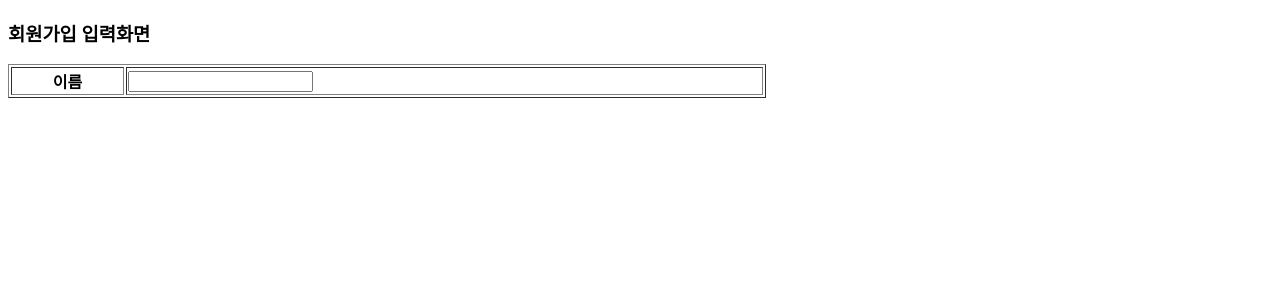
Repository: KeekeunTae/TeamC
Page: Study_Web/workspace/01.FirstProject/WebContent/memberJoinForm.html
An editor plug-in stored every save of this project. The page is shown before and after the next save, followed by the edit.
The browser window is 1280 px wide. The pictures show the whole page.

Above is the page before, as saved 2021-11-08 07:47:22.

After the next save:
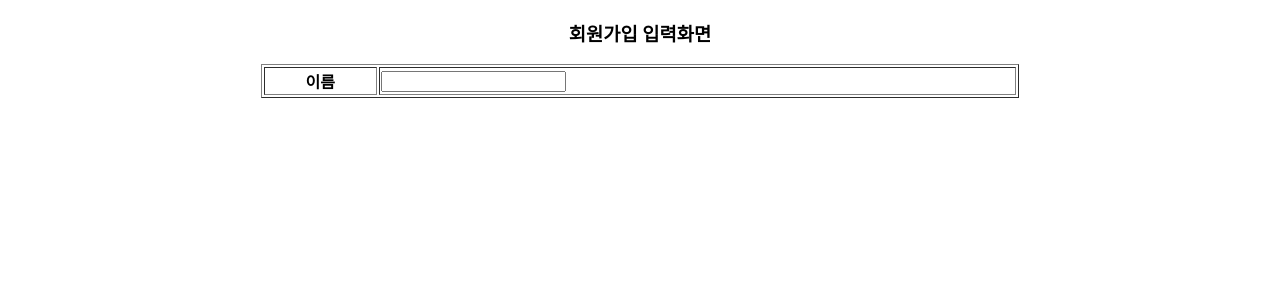
Saved 9 s later.
--- a/Study_Web/workspace/01.FirstProject/WebContent/memberJoinForm.html
+++ b/Study_Web/workspace/01.FirstProject/WebContent/memberJoinForm.html
@@ -5,7 +5,7 @@
 <title>회원가입 입력화면</title>
 </head>
 <body>
-<div alihn="center">
+<div align="center">
 <h3>회원가입 입력화면</h3>
 <form action="memberJoin.do" method="post">
 <table border="1" style="width:60%">
